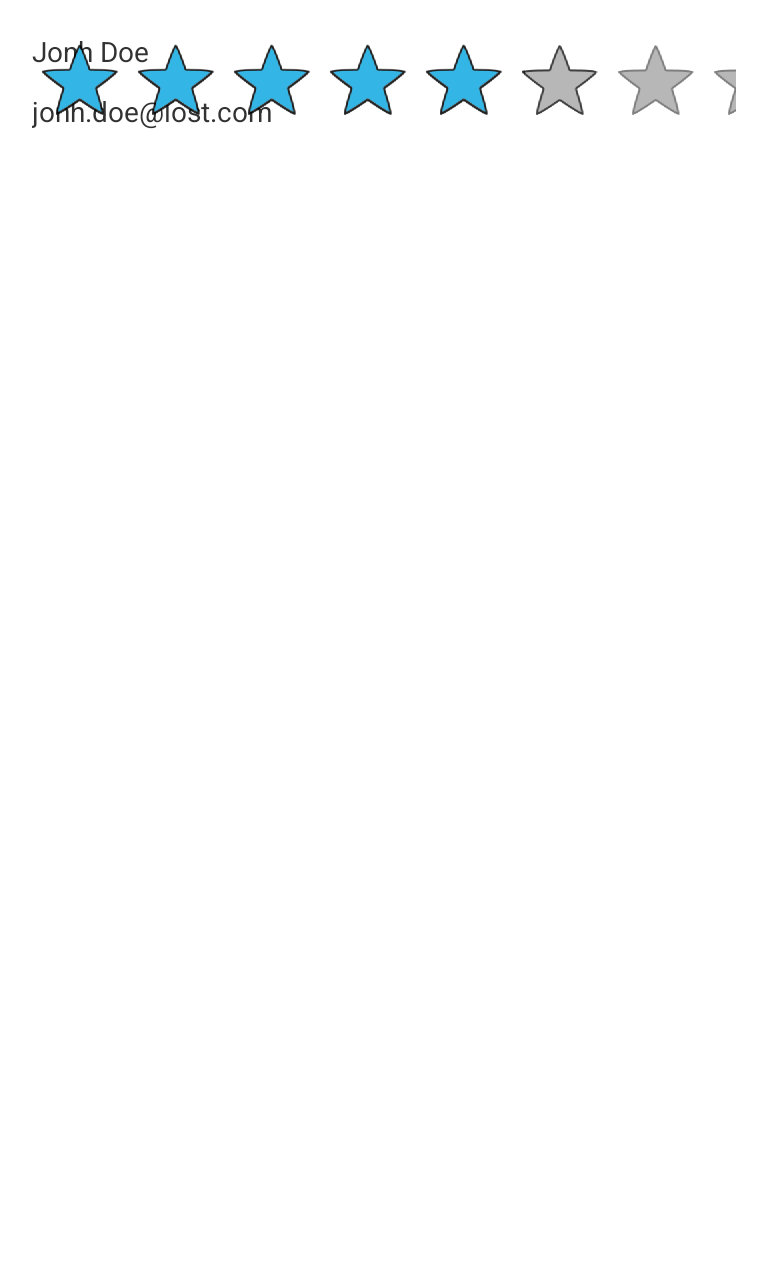
Repository: stefanyhurtado/Control2
Layout: Aci810-control1/Control2/res/layout/activity_show_form.xml
An editor plug-in stored every save of this project. The layout is shown before and after the next save, followed by the edit.
It is drawn on a 768 x 1280 px phone screen (xhdpi) without system bars, with theme AppTheme; the app's code is not run.

Above is the layout before, as saved 2013-10-24 01:54:23.

### Aci810-control1/Control2/res/layout/activity_show_form.xml
<RelativeLayout xmlns:android="http://schemas.android.com/apk/res/android"
    xmlns:tools="http://schemas.android.com/tools"
    android:layout_width="match_parent"
    android:layout_height="match_parent"
    android:paddingBottom="@dimen/activity_vertical_margin"
    android:paddingLeft="@dimen/activity_horizontal_margin"
    android:paddingRight="@dimen/activity_horizontal_margin"
    android:paddingTop="@dimen/activity_vertical_margin"
    android:orientation="vertical"
    tools:context=".ShowFormActivity" >

    <TextView
        android:id="@+id/TextView1"
        android:layout_width="wrap_content"
        android:layout_height="wrap_content"
        android:text="@string/Text_View1" />

    <TextView
        android:id="@+id/textView2"
        android:layout_width="wrap_content"
        android:layout_height="wrap_content"
        android:layout_marginTop="30dp"
        android:text="@string/Text_View2" />
    <RatingBar
       android:id="@+id/ratingBar1"
       android:layout_width="match_parent"
       android:layout_height="wrap_content"
         android:numStars="5"
        android:rating="3.5"/>

</RelativeLayout>

### Aci810-control1/Control2/res/values/strings.xml
<?xml version="1.0" encoding="utf-8"?>
<resources>

    <string name="app_name">Control2</string>
    <string name="action_settings">Settings</string>
    <string name="edit_text1">Name</string>
    <string name="Email_Text">Email</string>
    <string name="Button1_SubmitForm">Submit Form</string>
    <string name="title_activity_main_activity1">MainActivity1</string>
    <string name="Text_View1">Jonh Doe</string>
    <string name="Text_View2">jonh.doe@lost.com</string>
    <string name="title_activity_show_form">ShowFormActivity</string>

</resources>

Loaded but not shown: Aci810-control1/Control2/res/values/styles.xml (common file); Aci810-control1/Control2/res/values-v11/styles.xml (common file); Aci810-control1/Control2/res/values-v14/styles.xml (common file); Aci810-control1/Control2/res/values/dimens.xml (common file)

After the next save:
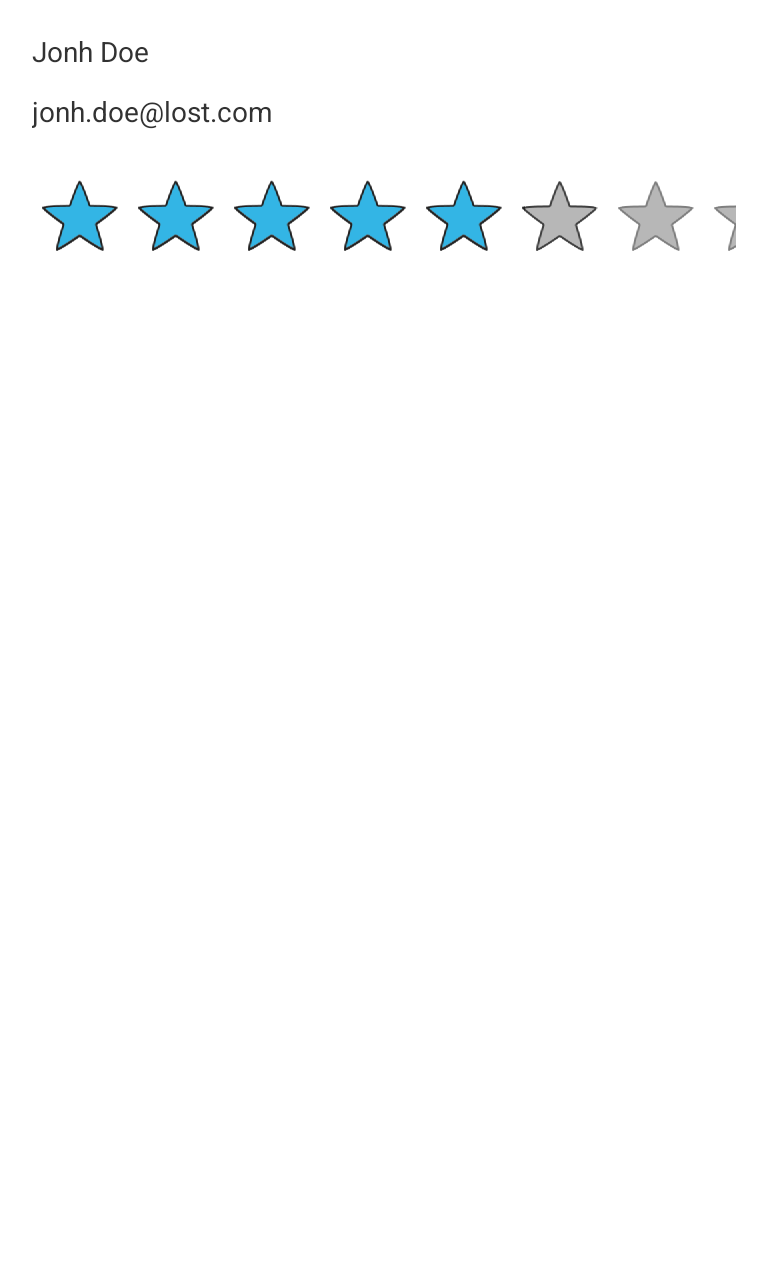
Saved 2 min 55 s later.
--- a/Aci810-control1/Control2/res/layout/activity_show_form.xml
+++ b/Aci810-control1/Control2/res/layout/activity_show_form.xml
@@ -21,11 +21,14 @@
         android:layout_height="wrap_content"
         android:layout_marginTop="30dp"
         android:text="@string/Text_View2" />
+
     <RatingBar
-       android:id="@+id/ratingBar1"
-       android:layout_width="match_parent"
-       android:layout_height="wrap_content"
-         android:numStars="5"
-        android:rating="3.5"/>
+        android:id="@+id/ratingBar1"
+        android:layout_width="match_parent"
+        android:layout_height="wrap_content"
+        android:layout_alignLeft="@+id/textView2"
+        android:layout_below="@+id/textView2"
+        android:layout_marginTop="19dp"
+        android:rating="3.5" />
 
 </RelativeLayout>
